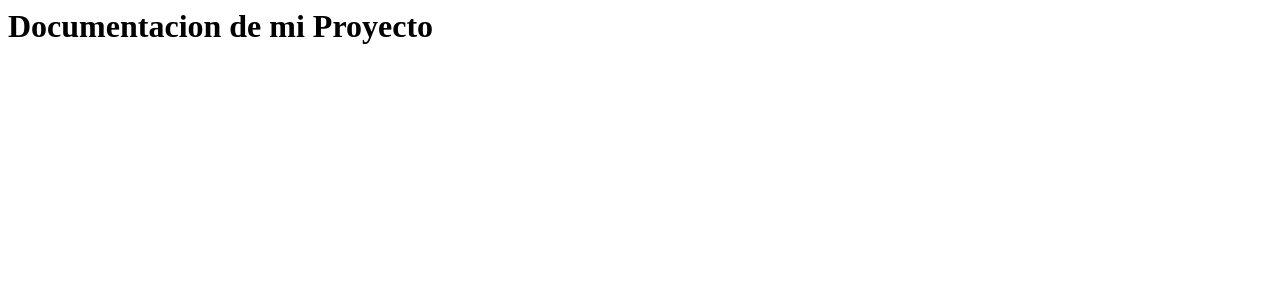
Repository: anderlss04/Reto_2_Evaluacion
Page: README.html
The author's editor kept a copy of each file at every save. The page is drawn from the files as they stood at one save, then again after a run of saves.
The browser window is 1280 px wide. The pictures show the whole page.

Above is the page before, as saved 2023-02-08 11:34:23.

After the next 2 saves:
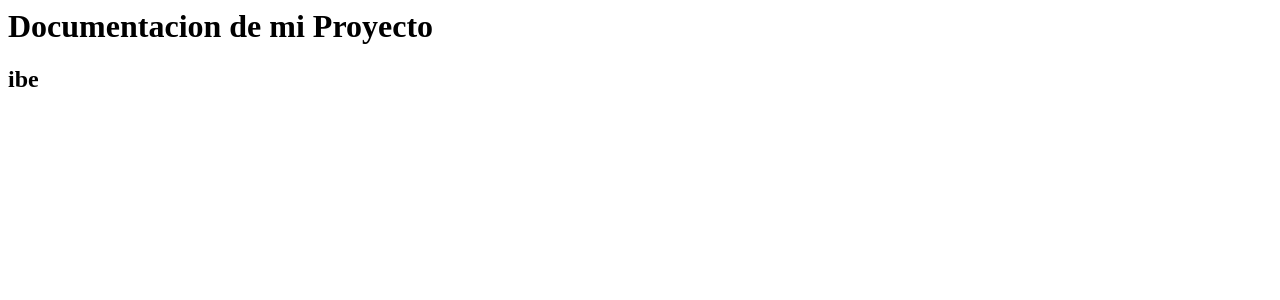
The 2 saves are shown as one change because they came seconds apart.
The last was saved 6 s later.
--- a/README.html
+++ b/README.html
@@ -1 +1,2 @@
 <h1>Documentacion de mi Proyecto</h1>
+<h2>ibe</h2>
